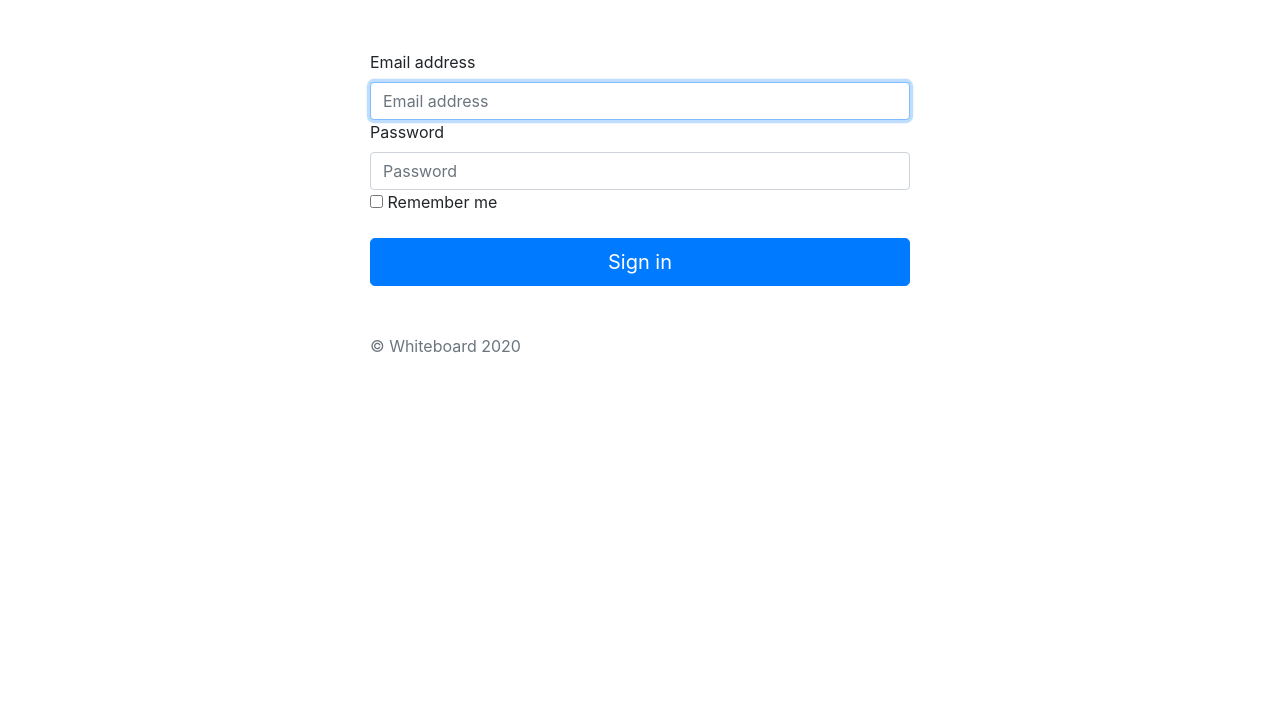
Repository: tinawu0603/cs4550-sp2020-whiteboard-springboot
Page: whiteboard/src/main/webapp/login/login.template.client.html
The author's editor kept a copy of each file at every save. The page is drawn from the files as they stood at one save, then again after the next save.
The browser window is 1280 px wide. The pictures show the whole page.

Above is the page before, as saved 2020-01-15 22:29:59.
Not found: whiteboard/src/main/webapp/login/login.stylesheet.client.css

After the next save:
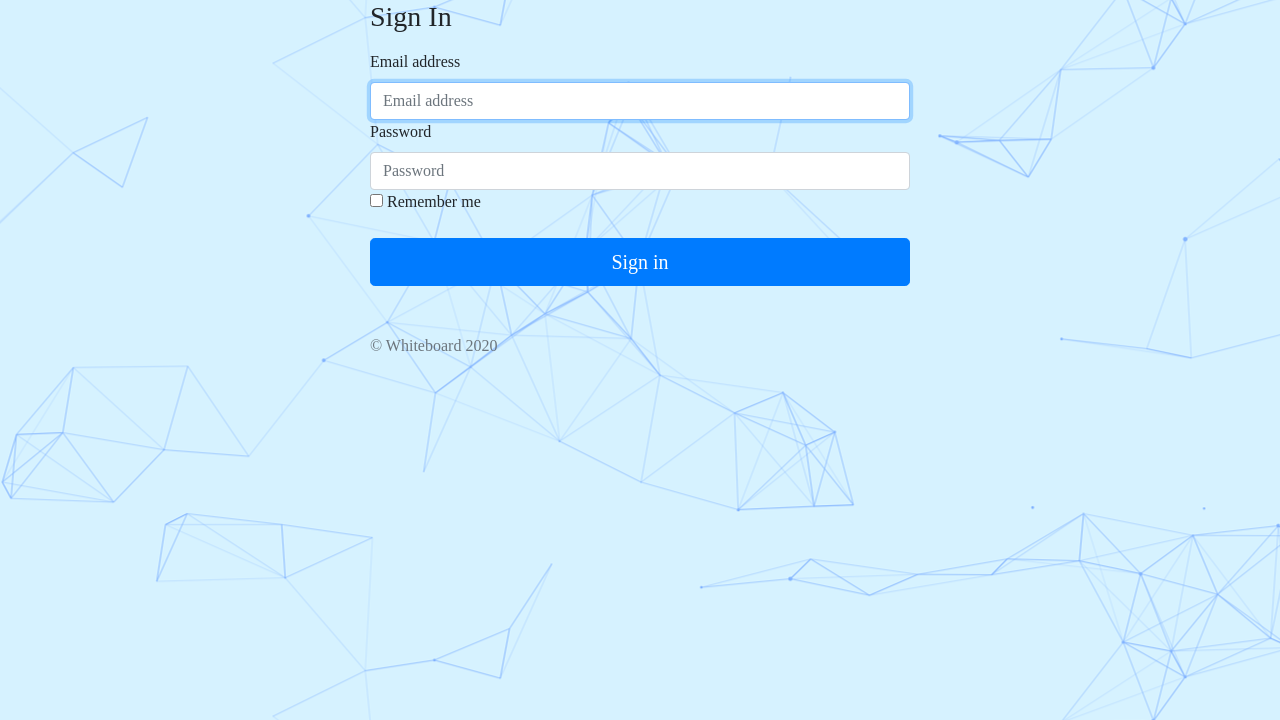
Saved 38 s later.
--- a/whiteboard/src/main/webapp/css/styles.css
+++ b/whiteboard/src/main/webapp/css/styles.css
@@ -1,11 +1,7 @@
 @charset "ISO-8859-1";
 
-h1 {
-	color: white;
-	background-color: 3500D3;
+body {
+    font-family: 'Lilita One', cursive;
+    background-image: url("background.png");
+    background-position: center;
 }
-
-.container {
-    margin-right: auto;
-    margin-left: auto;
-}
